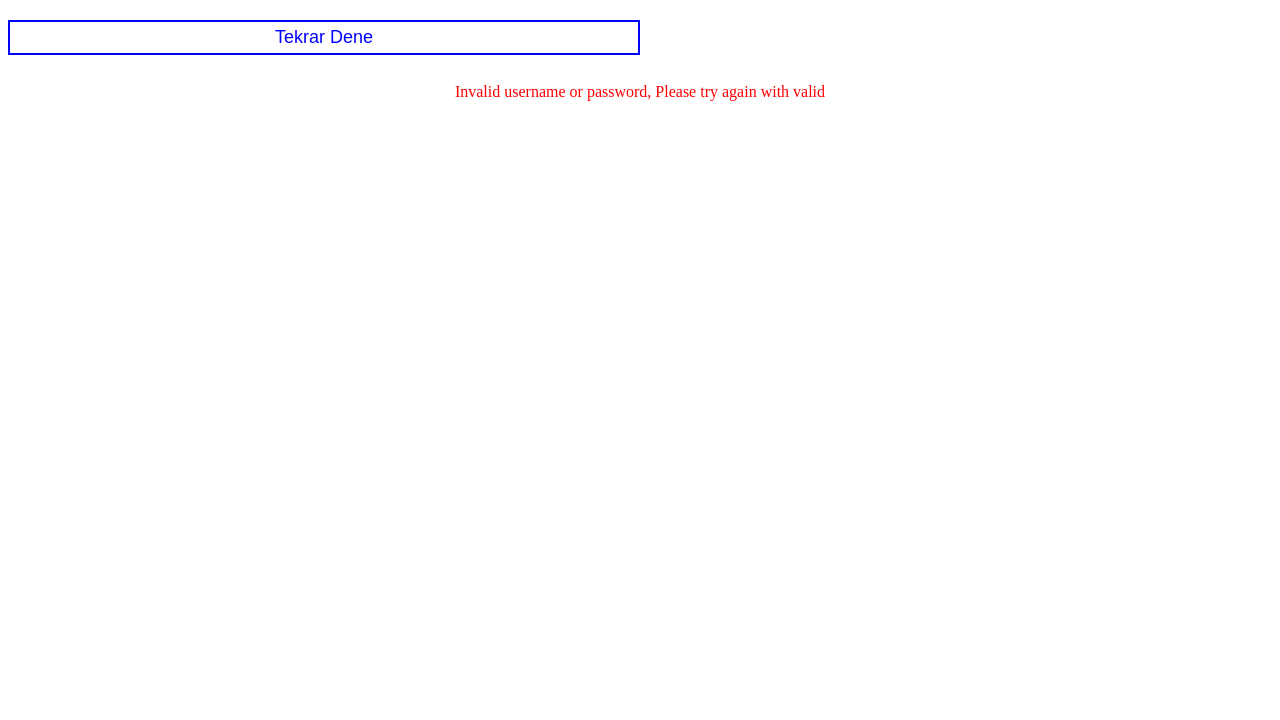
Repository: Berilinanir/Login-Logout-System
Page: Loginn/WebContent/error.html
These files come from the project's save history. The page is drawn as it stood at one moment and after the next save; the edit follows.
The browser window is 1280 px wide. The pictures show the whole page.

Above is the page before, as saved 2018-10-14 12:39:06.

After the next save:
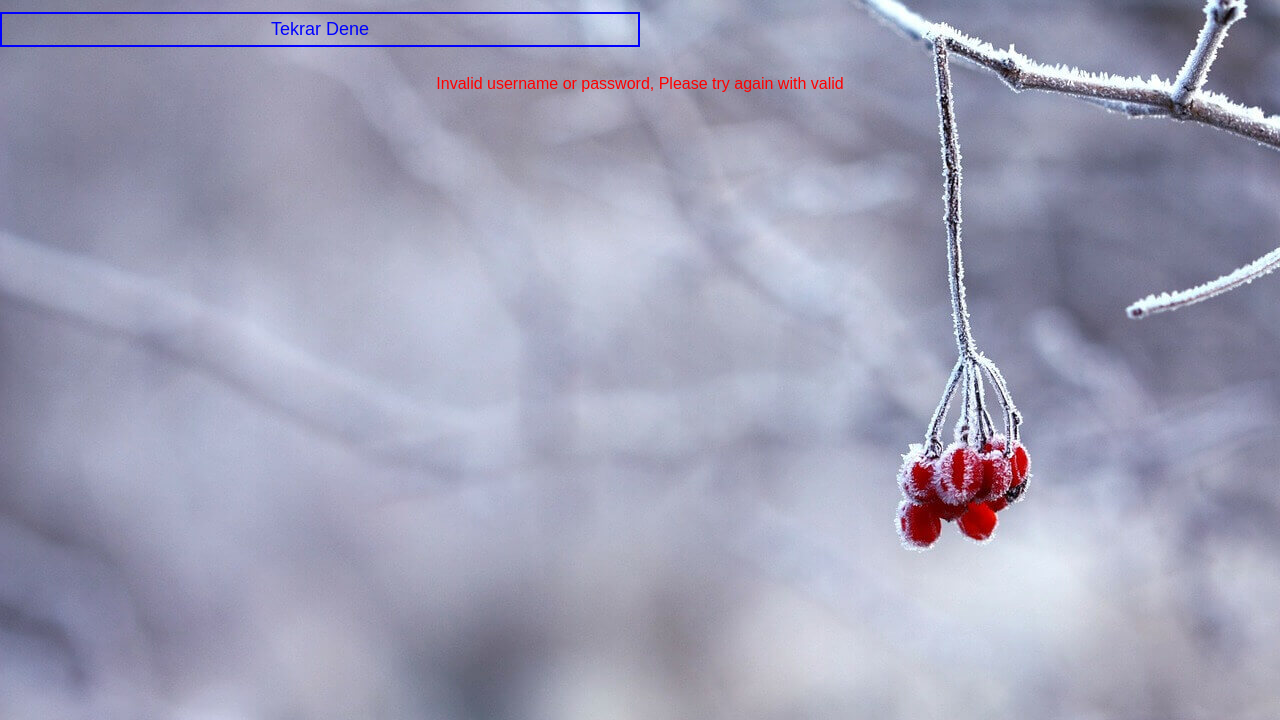
Saved 2 min 27 s later.
--- a/Loginn/WebContent/style4.css
+++ b/Loginn/WebContent/style4.css
@@ -1,5 +1,15 @@
 @charset "UTF-8";
 
+
+body{
+
+	margin:0;
+	padding:0;
+	font-family:sans-serif;
+	background:url("resim10.jpg") no-repeat;
+	background-size:cover;
+
+}
 
 .btn{
 
